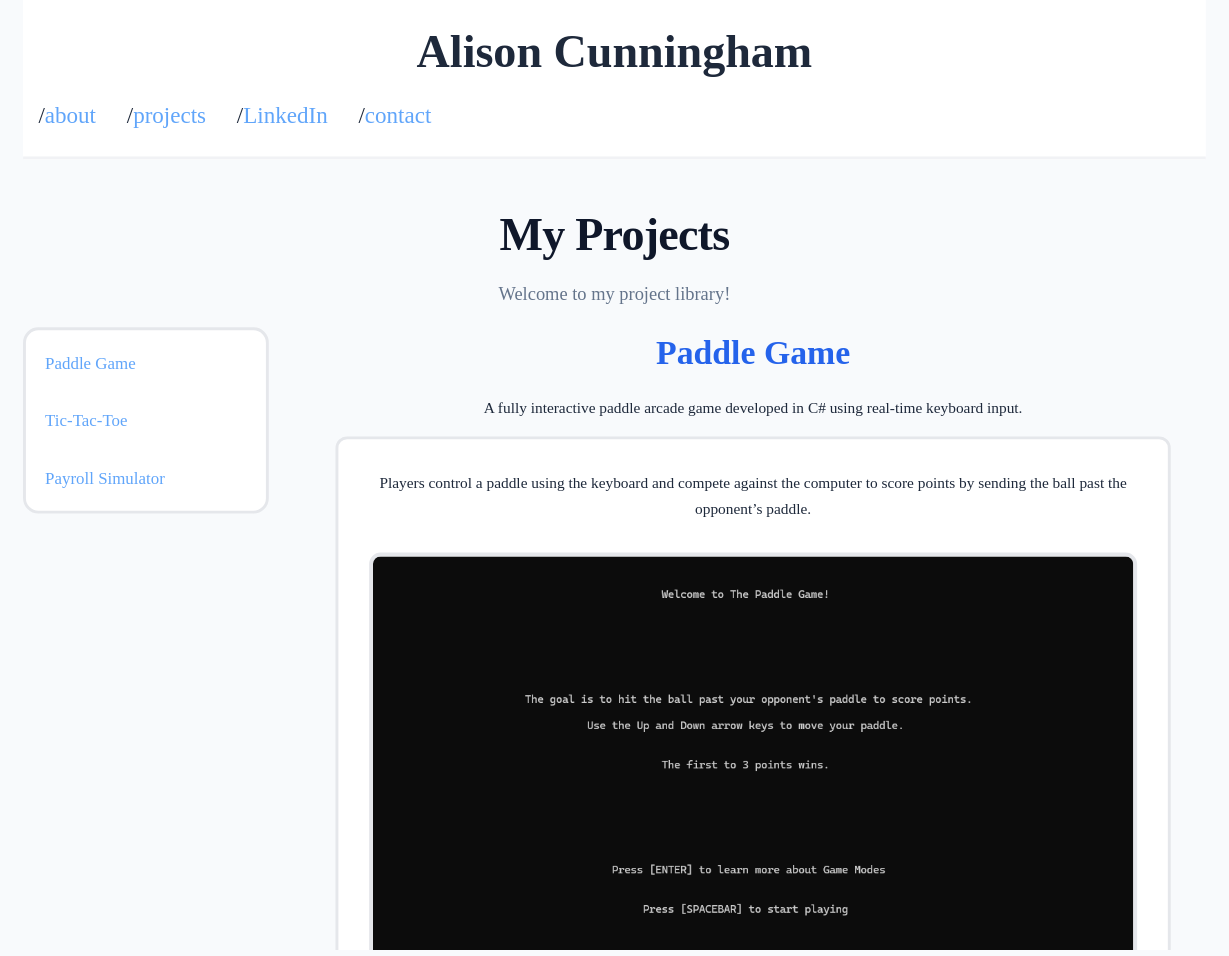
Repository: alison-cunningham/alison-cunningham
Page: pages/main-projects-page.html
These files come from the project's save history. The page is drawn as it stood at one moment and after the next save; the edit follows.
The browser window is 1280 px wide. The pictures show the whole page, at 96% of full size.
Some web fonts or font styles are not loaded; a fallback is used.

Above is the page before, as saved 2026-05-12 21:06:59.

After the next save:
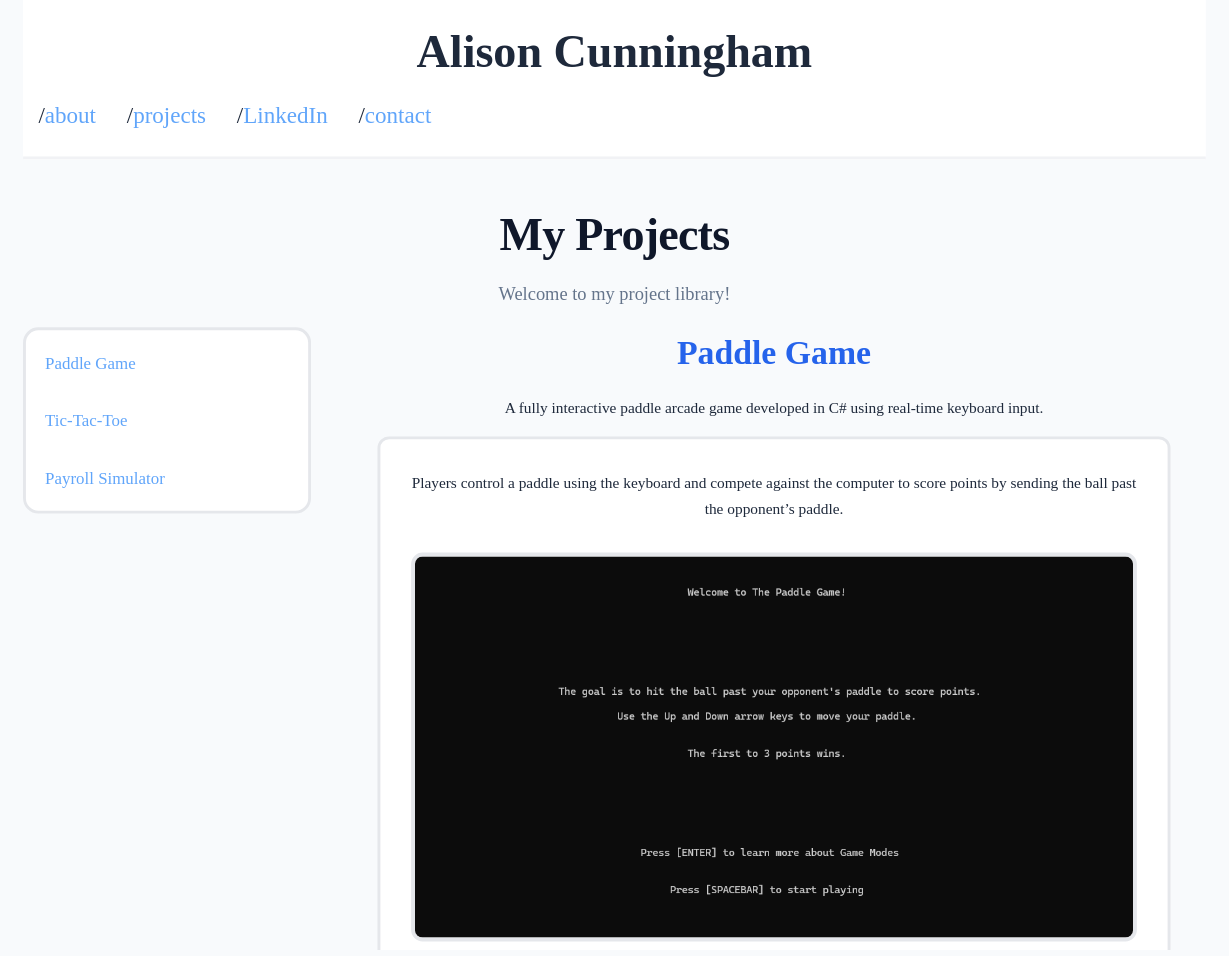
Saved 19 s later.
--- a/styles/pages.css
+++ b/styles/pages.css
@@ -177,7 +177,7 @@ iframe{
 
     .projects-layout{
         display: grid;
-        grid-template-columns: 16rem 1fr;
+        grid-template-columns: 1fr 3fr;
         align-items: start;
 
         gap: 2rem;
